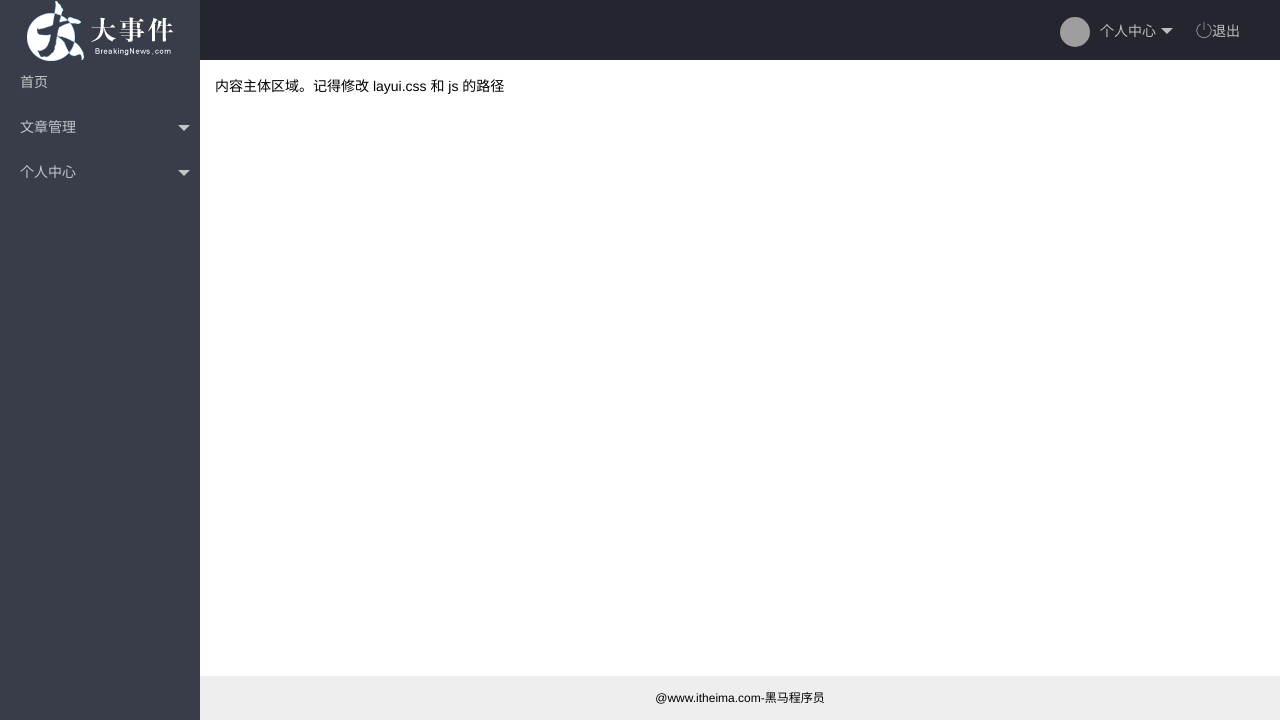
Repository: Janshen111/web_bigevent
Page: index.html
These files come from the project's save history. The page is drawn as it stood at one moment and after the next save; the edit follows.
The browser window is 1280 px wide. The pictures show the whole page.
Pictures or frames that could not be fetched are drawn as grey boxes.

Above is the page before, as saved 2022-08-31 15:43:57.

After the next save:
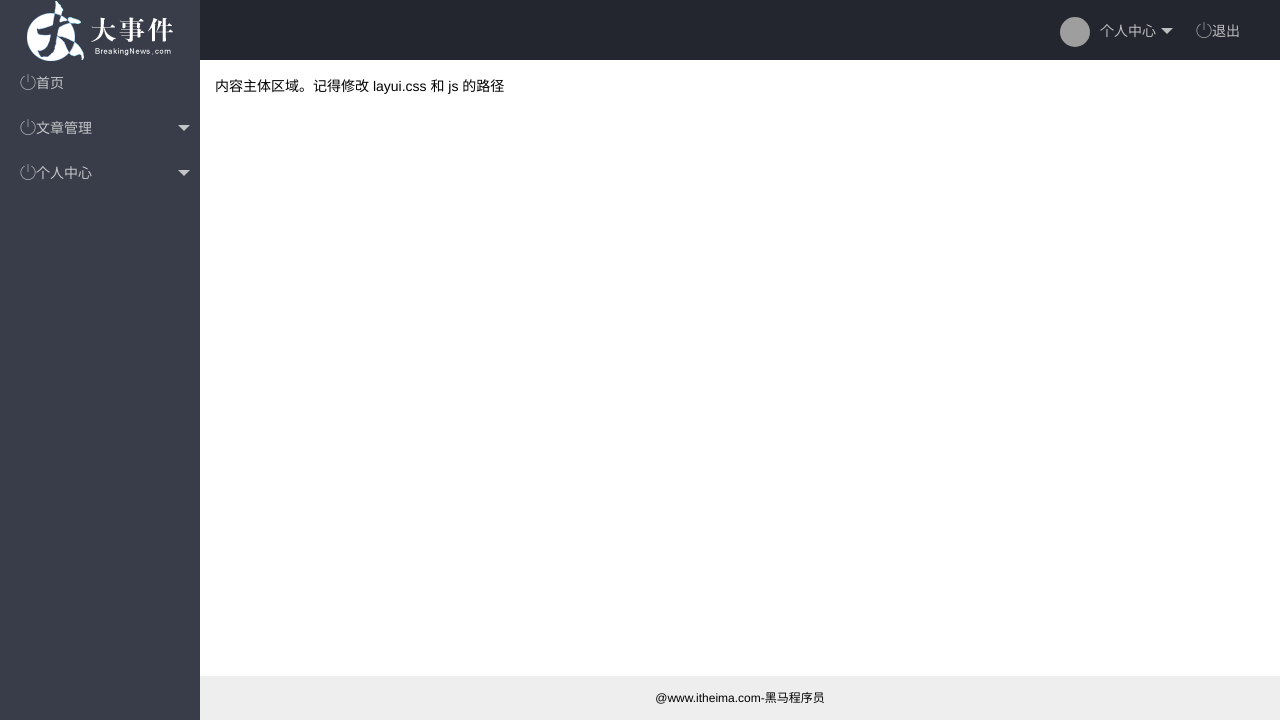
Saved 76 s later.
--- a/index.html
+++ b/index.html
@@ -52,10 +52,10 @@
             <div class="layui-side-scroll">
                 <!-- 左侧导航区域（可配合layui已有的垂直导航） -->
                 <ul class="layui-nav layui-nav-tree " lay-shrink="all">
-                    <li class="layui-nav-item"><a href="javascript:;">首页</a></li>
+                    <li class="layui-nav-item"><a href="javascript:;"><span class="iconfont icon-tuichu"></span>首页</a></li>
                     <!-- 默认展开layui-nav-itemed -->
                     <li class="layui-nav-item">
-                        <a class="" href="javascript:;">文章管理</a>
+                        <a class="" href="javascript:;"><span class="iconfont icon-tuichu"></span>文章管理</a>
                         <dl class="layui-nav-child">
                             <dd><a href="javascript:;">文章类别</a></dd>
                             <dd><a href="javascript:;">文章列表</a></dd>
@@ -63,7 +63,7 @@
                         </dl>
                     </li>
                     <li class="layui-nav-item">
-                        <a href="javascript:;">个人中心</a>
+                        <a href="javascript:;"><span class="iconfont icon-tuichu"></span>个人中心</a>
                         <dl class="layui-nav-child">
                             <dd><a href="javascript:;">基本资料</a></dd>
                             <dd><a href="javascript:;">更换头像</a></dd>
